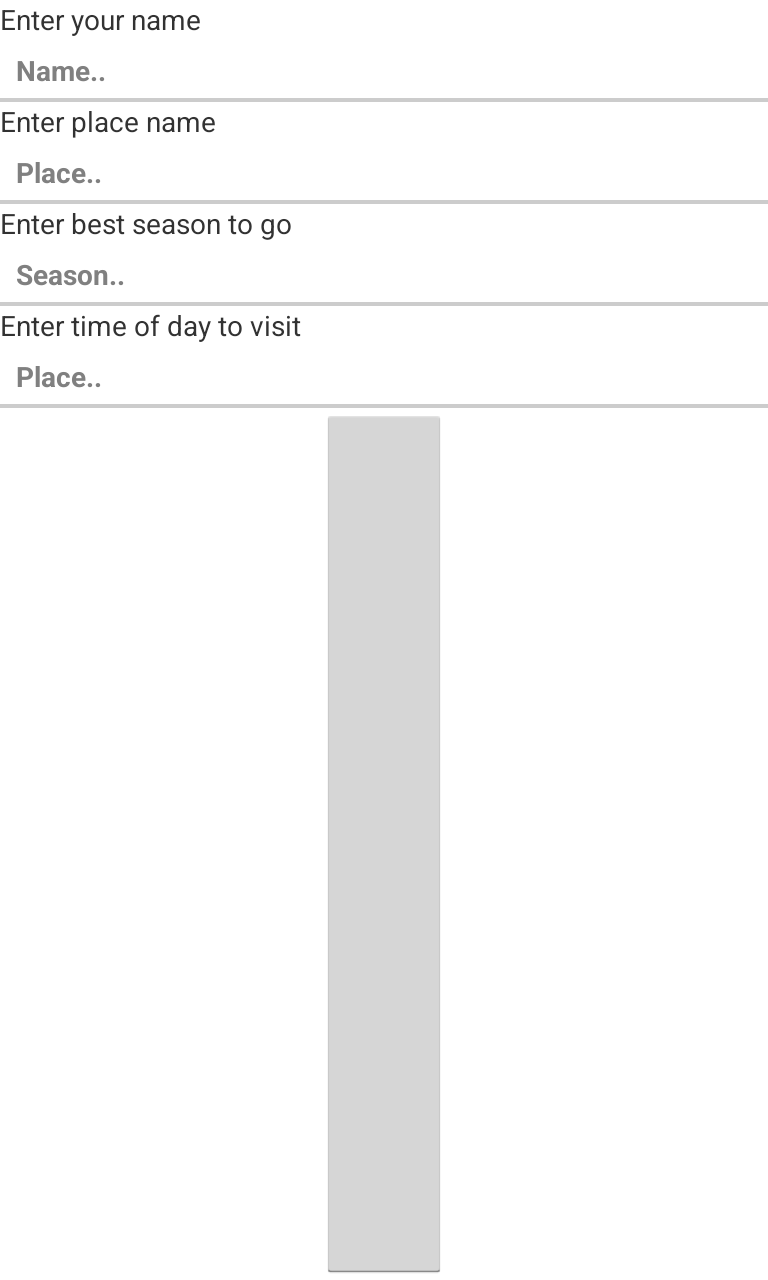
Repository: sandeshshetty/TravelZeus
Layout: TravelZeus/res/layout/fragment_insert_info.xml
An editor plug-in stored every save of this project. The layout is shown before and after the next save, followed by the edit.
It is drawn on a 768 x 1280 px phone screen (xhdpi) without system bars, with theme AppTheme; the app's code is not run.

Above is the layout before, as saved 2015-05-16 15:13:52.

After the next save:
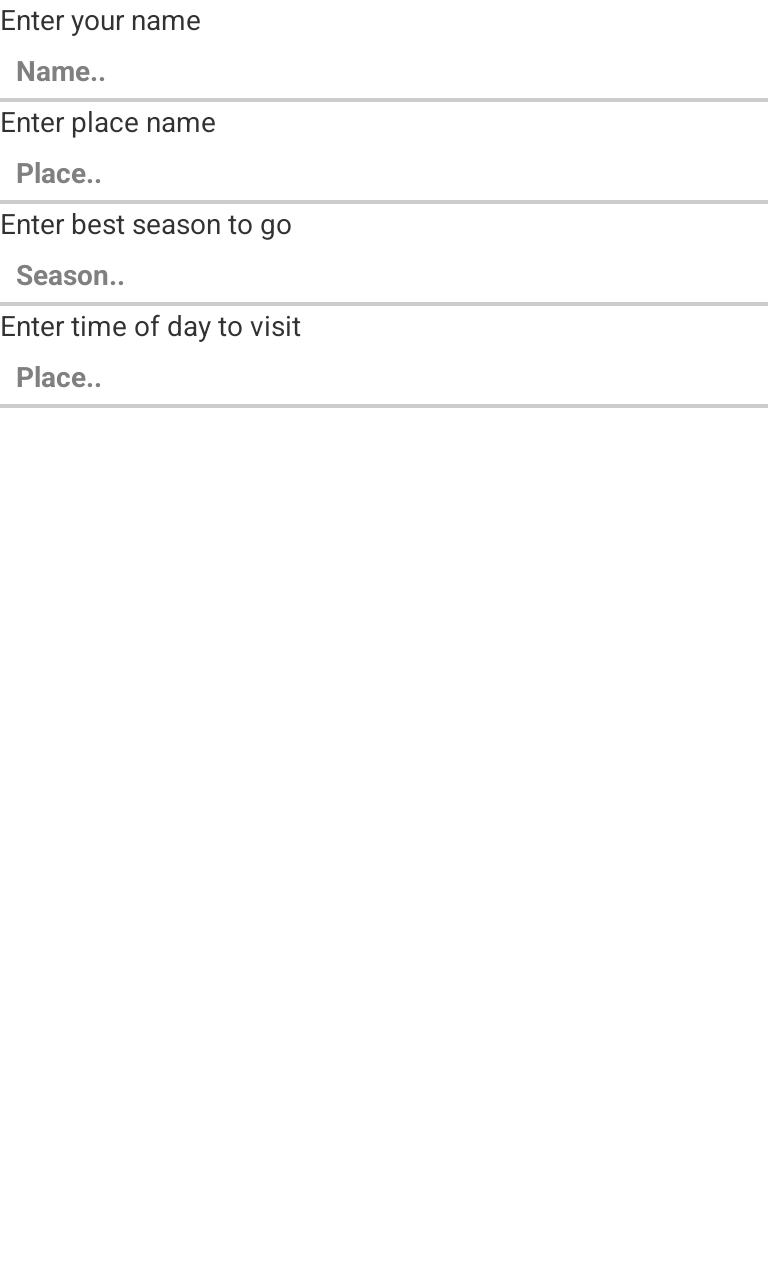
Saved 8 s later.
--- a/TravelZeus/res/layout/fragment_insert_info.xml
+++ b/TravelZeus/res/layout/fragment_insert_info.xml
@@ -56,7 +56,6 @@
         android:id="@+id/userInputUpload"
         android:layout_width="wrap_content"
         android:layout_height="0dp"
-       	android:layout_weight="0.5"
        	android:layout_gravity="center_horizontal"
        	android:contentDescription="Upload place" />
 
